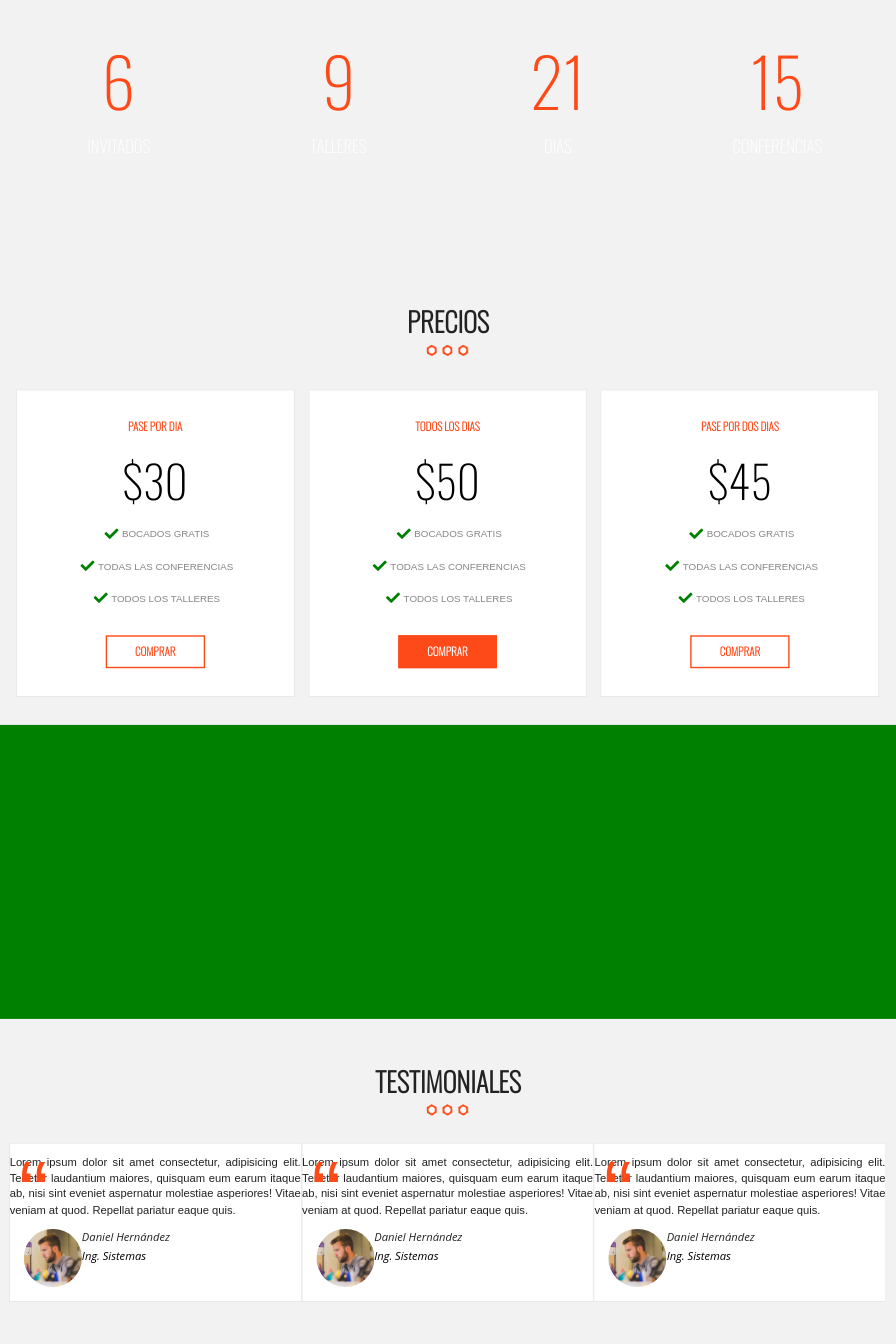
Repository: edgarhdzp/pagina-conferencias-reservaciones
Page: index.html
The author's editor kept a copy of each file at every save. The page is drawn from the files as they stood at one save, then again after the next save.
The browser window is 1280 px wide. The pictures show the part of the page from y = 3001 to 4921 px (the page is 4921 px tall), at 70% of full size.

Above is the page before, as saved 2020-07-01 19:29:22.

After the next save:
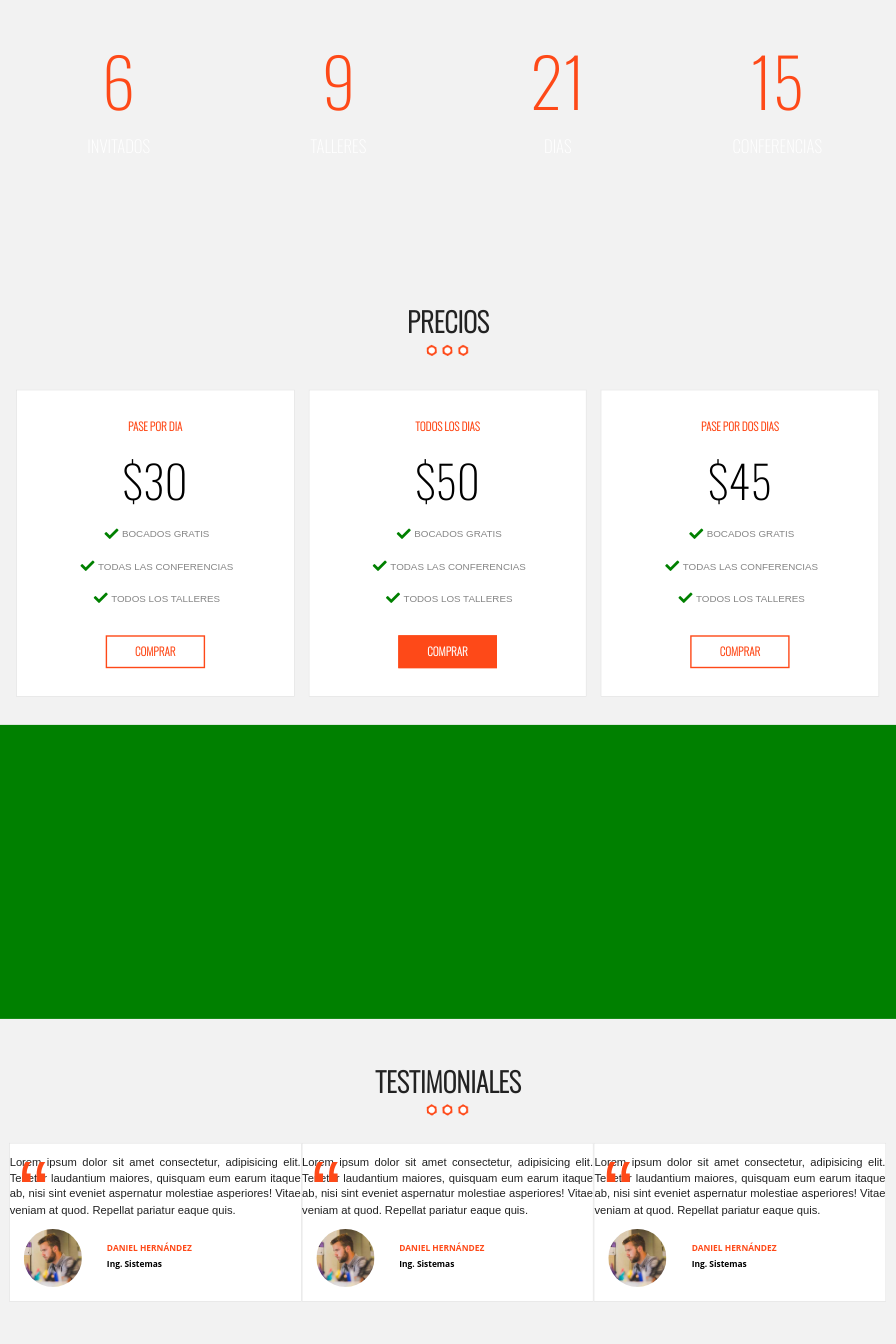
Saved 4 s later.
--- a/css/main.css
+++ b/css/main.css
@@ -694,7 +694,7 @@ footer.info-testimonial img {
     margin-left: 20px;
 }
 
-footer.into-testimonial cite {
+footer.info-testimonial cite {
     text-align: left;
     color: #fe4918;
     text-transform: uppercase;
